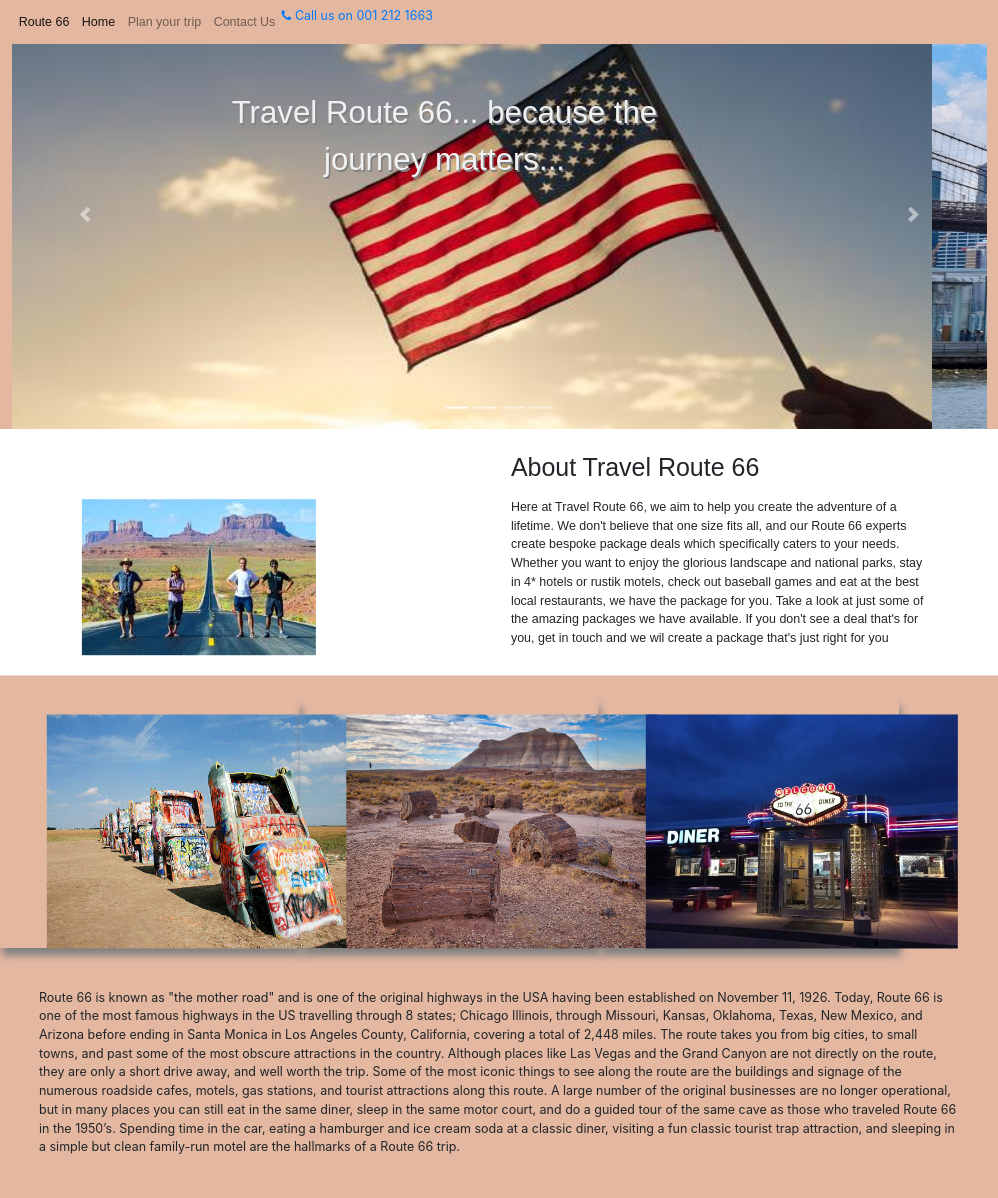
Repository: Code-Institute-Submissions/Javascript-milestone-project-2
Page: index.html
The author's editor kept a record of every edit. The page is drawn from the files as they stood at one moment, then again after the next edit.
The browser window is 1280 px wide. The pictures show the whole page, at 78% of full size.
Some web fonts or font styles are not loaded; a fallback is used. Some web libraries are served in a nearby version.

Above is the page before.

After the next edit:
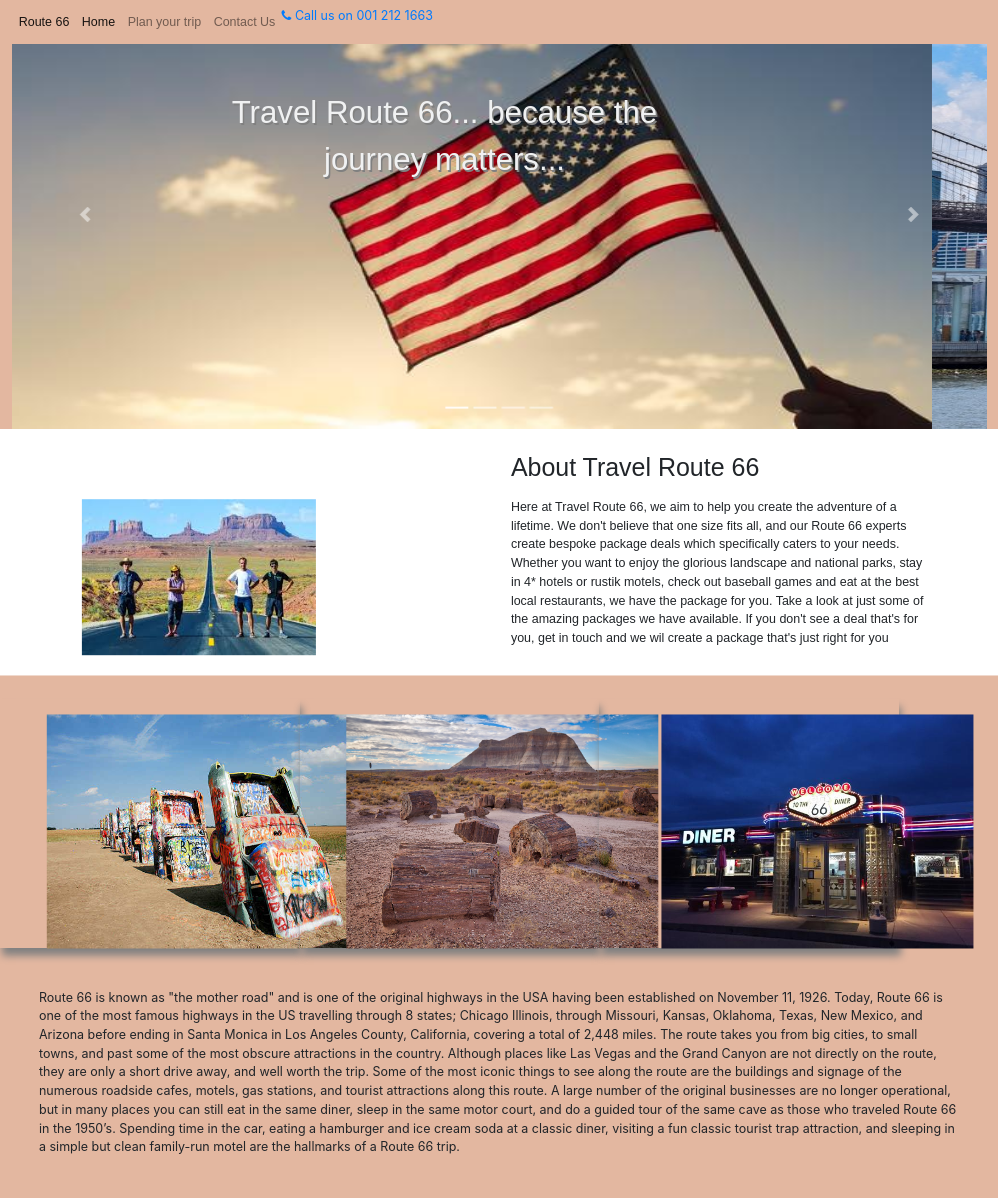
The edit:
--- a/css/style.css
+++ b/css/style.css
@@ -182,7 +182,7 @@
   width: 400px;
   height: 300px;
   margin-top: 20px;
-   margin-left: 60px;
+   margin-left: 80px;
    margin-right: 20px
 }
 
